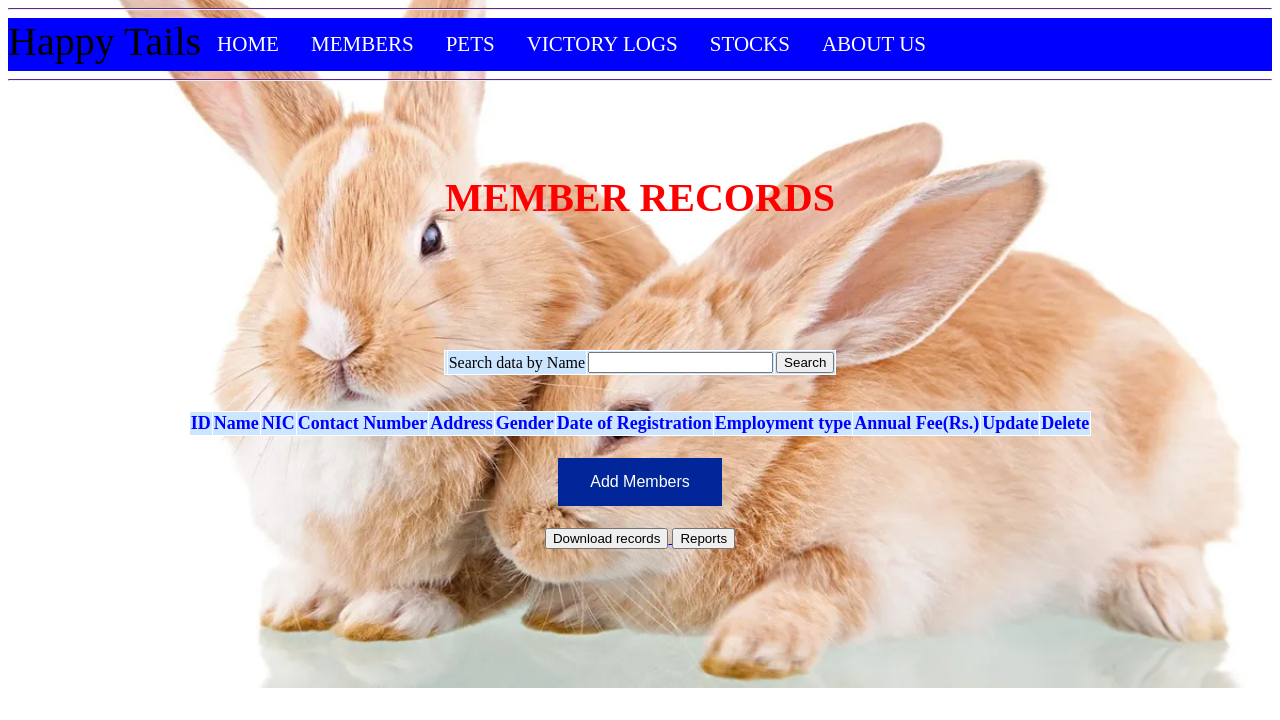
Repository: RMRandi/REG_WE_7_ITPM_HAPPY_TAILS
Page: http://localhost/REG_WE_07_Happy_Tails/view.jsp
These files come from the project's save history. The page is drawn as it stood at one moment and after the next save; the edit follows.
The browser window is 1280 px wide. The pictures show the whole page.
The page is served by Tomcat 9. Other server files are loaded and not shown. Queries for data that is not in the repository find no rows.

Above is the page before, as saved 2022-05-03 03:53:41.
Not found: REG_WE_07_Happy_Tails/REG_WE_07_Happy_Tails/css/footer.css

### REG_WE_07_Happy_Tails/src/main/webapp/view.jsp
<%@page import="java.sql.DriverManager"%>
<%@page import="java.sql.ResultSet"%>
<%@page import="java.sql.Statement"%>
<%@page import="java.sql.Connection"%>

<%
String id = request.getParameter("id");
String driverName = "com.mysql.jdbc.Driver";
String connectionUrl = "jdbc:mysql://localhost:3306/happytailsdb";
String userId = "root";
String password = "";

try {
Class.forName(driverName);
} catch (ClassNotFoundException e) {
e.printStackTrace();
}

Connection connection = null;
Statement statement = null;
ResultSet resultSet = null;
%>
<!DOCTYPE html>
<html>
<head>

<style>
.button {
  background-color:#002699; /* Green */
  border: none;
  color: white;
  padding: 15px 32px;
  text-align: center;
  text-decoration: none;
  display: inline-block;
  font-size: 16px;
  margin: 4px 2px;
  cursor: pointer;
  -webkit-transition-duration: 0.4s; /* Safari */
  transition-duration: 0.4s;


}
.button2:hover {


  box-shadow: 0 12px 16px 0 rgba(0,0,0,0.24),0 17px 50px 0 rgba(0,0,0,0.19);
}
.viewtbl{
font-size:18px;
font-style:bold;
}

</style>

	<meta charset="ISO-8859-1">


	<link rel="stylesheet" type="text/css" href="css/styles.css">
	<link rel="stylesheet" type="text/css" href="css/header.css">
	<link rel="stylesheet" type="text/css" href="css/footer.css">
	<link rel="stylesheet" type="text/css" href="css/view.css">

 	<title>View All</title>

	<hr>

		<ul class="one" position=center>

			<li><lable style="font-size:40px;">Happy Tails</lable></li>
			<li><a href="#">HOME</a></li>
			<li><a href="#">MEMBERS</a></li>
			<li><a href="#">PETS</a></li>
			<li><a href="#">VICTORY LOGS</a></li>
			<li><a href="#">STOCKS</a></li>
			<li><a href="#">ABOUT US</a></li>


		</ul>

		<hr>

 </head>

<body class="vbody">
<h6 style = "text-align:center;font-size:40px;font-style:bold;color:red">MEMBER RECORDS</h6><br><br>

	<div class=search>
		<form action="Search" name="frm" method="post">
		<table align="center">
			<tr>
			<td colspan=2 style="font-size:12pt;" align="center">
			<td><label for="fname">Search data by Name</label></td>
			<td><input type="text" name="name" ></td>
			<td><input  type="submit" name="submit" value="Search"></td></tr>
		</table>
	</form>
	</div>

	<center>
	<table border="2" class="viewtbl">

	<tr style="color:blue;text-align:center;">

		<td><b>ID</b></td>
		<td><b>Name</b></td>
		<td><b>NIC</b></td>
		<td><b>Contact Number</b></td>
		<td><b>Address</b></td>
		<td><b>Gender</b></td>
		<td><b>Date of Registration</b></td>
		<td><b>Employment type</b></td>
		<td><b>Annual Fee(Rs.)</b></td>

		<td><b>Update</b></td>
		<td><b>Delete</b></td>
	</tr>


<%
try{
connection = DriverManager.getConnection(connectionUrl, userId, password);
statement=connection.createStatement();
String sql ="SELECT * FROM member";

resultSet = statement.executeQuery(sql);
while(resultSet.next()){
%>


<td><%=resultSet.getString("id") %></td>
<td><%=resultSet.getString("name") %></td>
<td><%=resultSet.getString("nic") %></td>
<td><%=resultSet.getString("phone") %></td>
<td><%=resultSet.getString("address") %></td>
<td><%=resultSet.getString("gender") %></td>
<td><%=resultSet.getString("date") %></td>
<td><%=resultSet.getString("type") %></td>
<td><%=resultSet.getString("fee") %></td>


<td><a href="updatemember.jsp?id=<%=resultSet.getString("id")%>" onClick="alert(' Update option in progress!')">Update</a></td>
<td><a href="delete.jsp?id=<%=resultSet.getString("id")%>"onClick="alert(' Delete option in progress!')">Delete</a></td>

</tr>

<%
}

} catch (Exception e) {
e.printStackTrace();
}
%>

<br><br>
</table><br>
<a href="memberinsert.jsp"><button class="button button2">Add Members</button></a>
</center><br>




<center>
<a href="report"><button class="btnget">Download records</button>

<a href="reportsearch.jsp"><button class="btnget">Reports</button><br><br>

</center>


</body>

</html>

### REG_WE_07_Happy_Tails/src/main/webapp/css/styles.css

.center{
  	display: block;
  	margin-left: auto;
  	margin-right: auto;
  	width: 200px;
	height:200px;
}
.center1{
	display: block;
	margin-left: auto;
  	margin-right: auto;
  	width: 800px;
	height:400px;
}
h1{
	font-family:Lucida Console;
	font-size:20px;
	text-align:20px;
	color:red;
}

h2{
	font-family:Lucida Console;
	font-size:20px;
	text-align:center;
	color:rgb(126, 228, 58);
}
hr{
	border-top: 1px solid rgb(98, 37, 148);
}
ul.one {
	list-style-type: none;
	margin: 0;
	padding: 0;
	overflow: hidden;
	background-color: #0000ff;

}

li {
	float: left;

}

li a {
	display: block;
	color: white;
	text-align: center;
	padding: 14px 16px;
	text-decoration: none;
	font-size:21px;
	font-family:italic;
}

/* Change the link color to #111 (black) on hover */
li a:hover {
	background-color: rgb(116, 96, 124);
}
table.productdata{
	background-color:rgb(221, 216, 216);
	border:10px  groove darkblue;
	width:1330px;
	color:rgb(147, 189, 92);
}

.vbody {
  background-image: url('../images/homepetsmem.jpg');
  background-repeat: no-repeat;
  height: 100%;
  background-position: center;
  background-size: cover;
}

.ibody {
  background-image: url('../images/Home1.jpg');
  background-repeat: no-repeat;
  height: 100%;
  background-position: center;
  background-size: cover;
}

.ubody{
  background-image: url('../images/Pets.jpg');
  background-repeat: no-repeat;
  height: 100%;
  background-position: center;
  background-size: cover;
  text-transform: uppercase;
}

table, th, td {
  border: 1px solid white;
  border-collapse: collapse;
}
th, td {
  background-color: #cce6ff;
}

.ubutton{
	margin-left: auto;
  	margin-right: auto;
}

### REG_WE_07_Happy_Tails/src/main/webapp/css/header.css


hr#line{
	border: 2px solid white;
}

h1 {
    font-weight: bold;
    color: rgb(0, 0, 0);
      font-size: 25px;
  }

### REG_WE_07_Happy_Tails/src/main/webapp/css/view.css


@charset "ISO-8859-1";

*table.t2 {
    width: 100%;
    border-collapse: collapse;
    font-family: Georgia;
  }
  .t2 caption {
    padding-bottom: 0.5em;
    font-weight: bold;
    font-size: 16px;
  }
  .t2 th, .t2 td {
    padding: 4px 8px;
    border: 2px solid #fff;
    background: #fbd7b4;
  }
  .t2 thead th {
    padding: 2px 8px;
    background: #f69546;
    text-align: left;
    font-weight: normal;
    font-size: 13px;
    color: #fff;
  }
  .t2 tbody tr:nth-child(odd) *:nth-child(even), .t2 tbody tr:nth-child(even) *:nth-child(odd) {
    background: #f3eddd;
  }
  .t2 tfoot th {
    padding: 2px 8px;
    background: #f69546;
    text-align: left;
    font-weight: normal;
    font-size: 10px;
    color: #fff;
  }
  .t2 tr *:nth-child(3), .t2 tr *:nth-child(4) {
    text-align: right;
  }

After the next save:
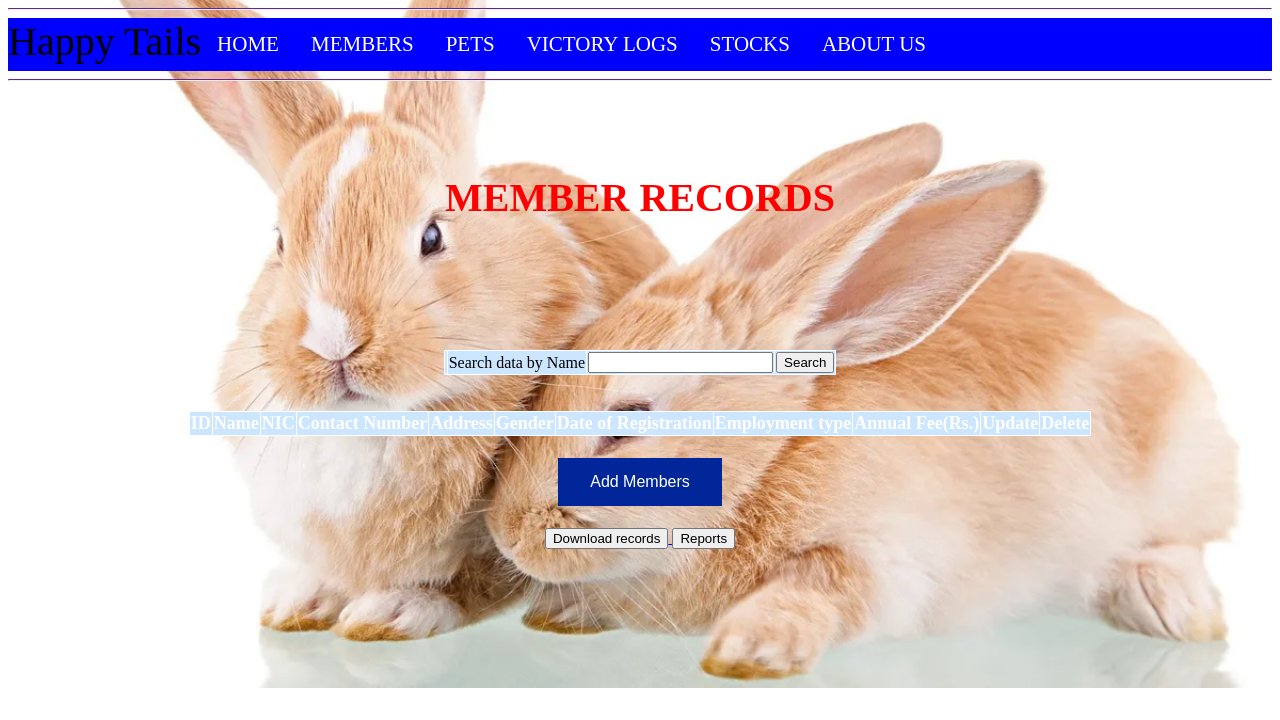
Saved 87 s later.
--- a/REG_WE_07_Happy_Tails/src/main/webapp/view.jsp
+++ b/REG_WE_07_Happy_Tails/src/main/webapp/view.jsp
@@ -100,7 +100,7 @@ font-style:bold;
 	<center>
 	<table border="2" class="viewtbl">
 
-	<tr style="color:blue;text-align:center;">
+	<tr style="background-color: powderblue;;color:white;text-align:center;">
 
 		<td><b>ID</b></td>
 		<td><b>Name</b></td>
